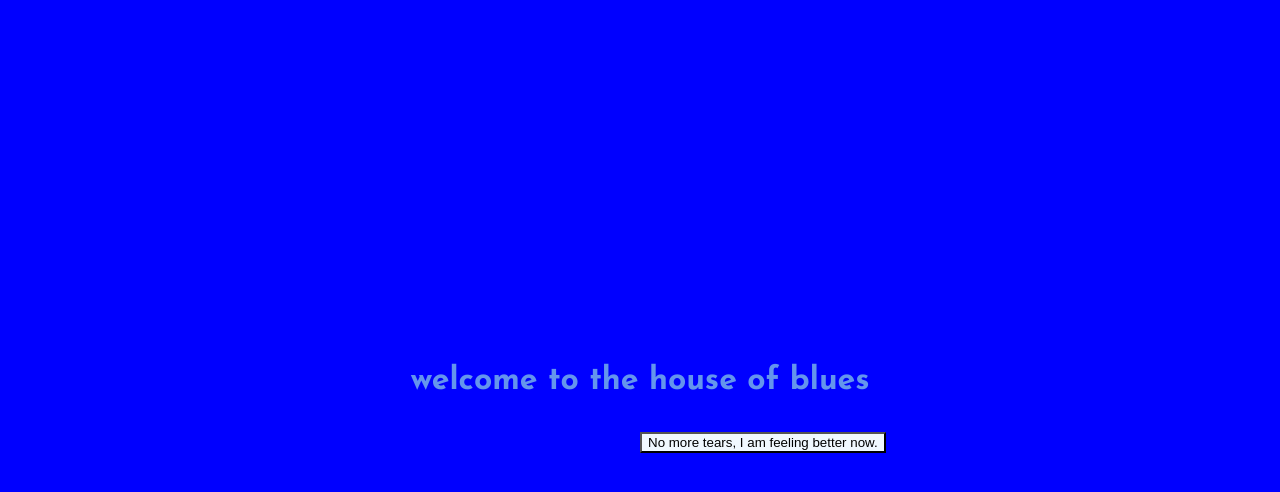
Repository: olivia-clarkeedwards/house-of-blues
Page: index.html
An editor plug-in stored every save of this project. The page is shown before and after the next save, followed by the edit.
The browser window is 1280 px wide. The pictures show the whole page.

Above is the page before, as saved 2023-02-16 12:43:40.

### index.html
<!DOCTYPE html>
<html>
  <head>
    <title>house of blues</title>
    <link rel="stylesheet" href="main.css">
    <link rel="preconnect" href="https://fonts.googleapis.com">
    <link rel="preconnect" href="https://fonts.gstatic.com" crossorigin>
    <link href="https://fonts.googleapis.com/css2?family=Josefin+Sans:wght@700&display=swap" rel="stylesheet">
  </head>
  <body id = 'background'>
      <h1 id = 'main-title'>welcome to the house of blues</h1>
      <p id="audio"></p>
      <button>No more tears, I am feeling better now.</button>
  </body>
  <script src="index.js" type="text/javascript"></script>
</html>

### main.css
body {
  color: cornflowerblue;
  background-color: blue;
  margin: 0;
  padding: 0;
  height: 100%;
  width: 100%;
  font-family: "Josefin Sans", sans-serif;
}

* {
  box-sizing: border-box;
}

h1 {
  position: absolute;
  top: 50%;
  left: 50%;
  transform: translate(-50%, -50%);
  user-select: none;
}

p {
  display: hidden;
}

button {
  position: absolute;
  top: 60%;
  left: 50%;
  background-color: aliceblue;
}

.drop {
  width: 20px;
  height: 20px;
  position: fixed;
  border-radius: 80% 0 55% 50% / 55% 0 80% 50%;
  z-index: -1;
  top: -1vh;
  font-size: 2rem;
  background-color: rgba(0, 255, 255, 0.406);
  transform: translateY(0);
  animation: fall 10s linear forwards;
  transform: rotate(-45deg);

  /* Remove ability to highlight drops */
  -webkit-touch-callout: none;
  -webkit-user-select: none;
  -khtml-user-select: none;
  -moz-user-select: none;
  -ms-user-select: none;
  user-select: none;
}

@keyframes fall {
  to {
    transform: translateY(101vh);
  }
}

### index.js
/*--------------------------------------/
    Welcome to the house of blues
/--------------------------------------*/
// Copyright 2023 Olivia Clarke-Edwards. //

const mainTitle = document.getElementById('main-title')
const background = document.getElementById('background')
const audioBG = document.getElementById('audio')

let count = 0
const featureTime = 3
const numEggs = 2 //to add a feature, increment this number by 1 and add feature to blueEasterEgg function in the switch statement

document.onclick = changeBlues

function changeBlues() {
  mainTitle.style.color = getRandomBlueColor()
  background.style.backgroundColor = getRandomBlueColor()
  if (count == featureTime) {
    blueEasterEgg()
    count = 0
  }
  count++
}

function getRandomBlueColor() {
  let hue = Math.floor(Math.random() * 30 + 185)
  let saturation = Math.floor(Math.random() * 60 + 40)
  let lightness = Math.floor(Math.random() * 60 + 20)
  return `hsl(${hue}, ${saturation}%, ${lightness}%)`
}

function blueEasterEgg() {
  let randomEgg = getRandom(numEggs)
  console.log(randomEgg);
  switch (randomEgg) {
    case 0:
      heyBaby()
      if (mainTitle.innerHTML === "let those teardrops fall") {
        setInterval(generateTearDrops, 200);

      }
      break
    case 1:
      heyBaby()
      if (mainTitle.innerHTML === "let those teardrops fall") {
        setInterval(generateTearDrops, 200);
      }
      ettaJ()
      break
  }
  //add extra features here
}

function getRandom(max) {
  return Math.floor(Math.random() * max)
}

const sayingsArray = [
  'let it out',
  "hey baby, don't worry,<br> it ain't nothing but the blues",
  'let those teardrops fall',
  'just cry, darling',
]

function heyBaby() {
  mainTitle.innerHTML = sayingsArray[getRandom(sayingsArray.length)]
}

function ettaJ() {
  if (!audioBG.classList.contains('etta')) {
    let ettaJames =
      '<audio autoplay loop src="etta-james-id-rather-go-blind.wav" type="audio/wav" alt="Etta James - I\'d Rather Go Blind">No Sound</audio>'
    audioBG.innerHTML = ettaJames
    audioBG.classList.add('etta')
  }
}

function generateTearDrops (params) {
  const drop = document.createElement("div");
  drop.classList.add("drop")
  drop.style.left = Math.random() * 100 + "vw";
  drop.style.animationDuration =  Math.random() * 2 + 2 + "s"
  document.body.appendChild(drop)

}

After the next save:
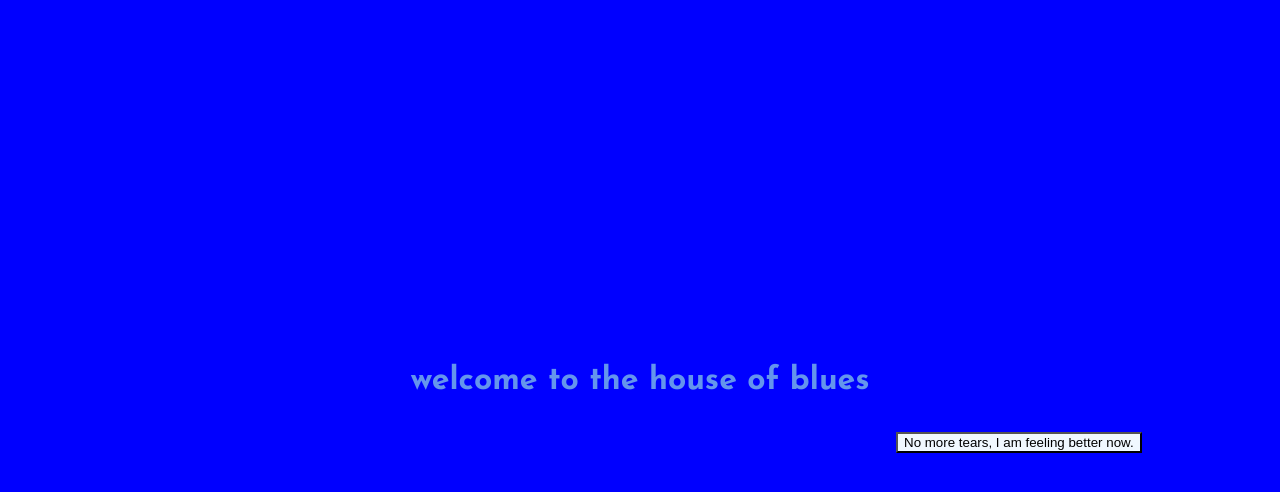
Saved 42 s later.
--- a/main.css
+++ b/main.css
@@ -27,7 +27,7 @@ p {
 button {
   position: absolute;
   top: 60%;
-  left: 50%;
+  left: 70%;
   background-color: aliceblue;
 }
 
